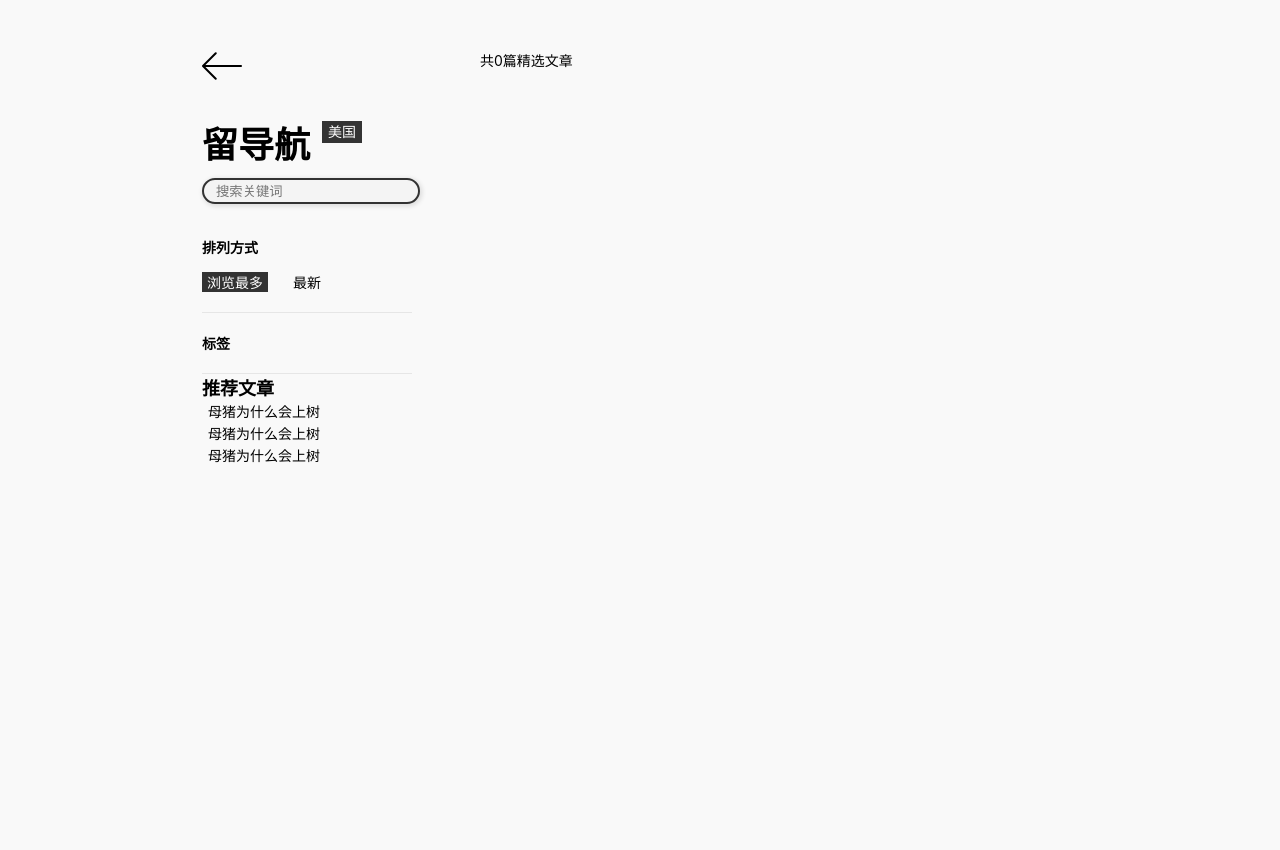
Repository: Apiyaaaa/guidefront
Page: /search
The author's editor kept a copy of each file at every save. The page is drawn from the files as they stood at one save, then again after a run of saves.
The browser window is 1280 px wide. The pictures show the whole page.
The page's requests for data from a server got no answer. The project was rebuilt for these pictures with package versions that can differ from the ones it lists, and the page was loaded fresh each time. No one was signed in, and anything a server would have sent is missing. Also part of the build but not shown: src/pages/Home/Home.module.css, src/pages/Home/Home.js, src/components/ArticleCard/ArticleCard.module.css, src/components/ArticleCard/ArticleCard.jsx, src/pages/Article/Article.module.css, src/pages/Article/Article.js.

Above is the page before, as saved 2022-10-02 16:21:02.

### public/index.html
<!DOCTYPE html>
<html lang="en">
  <head>
    <meta charset="utf-8" />
    <link rel="icon" href="%PUBLIC_URL%/favicon.ico" />
    <meta name="viewport" content="width=device-width, initial-scale=1" />
    <meta name="theme-color" content="#000000" />
    <meta
      name="description"
      content="Web site created using create-react-app"
    />
    <!-- <link rel="apple-touch-icon" href="%PUBLIC_URL%/logo192.png" /> -->
    <!--
      manifest.json provides metadata used when your web app is installed on a
      user's mobile device or desktop. See https://developers.google.com/web/fundamentals/web-app-manifest/
    -->
    <!-- <link rel="manifest" href="%PUBLIC_URL%/manifest.json" /> -->

    <title>留导航</title>
  </head>
  <body>
    <noscript>You need to enable JavaScript to run this app.</noscript>
    <div id="root">
    </div>
  </body>
</html>

### src/App.js
import React from "react";
import { Routes, Route } from "react-router-dom";

import "./App.css";
import Home from "./pages/Home/Home";
import Search from './pages/Search/Search'
import Article from "./pages/Article/Article";


function App() {
  return (
    <div className="App">
        <Routes>
          <Route path="/" element={<Home />}></Route>
          <Route path="/search" element={<Search/>}></Route>
          <Route path="/article/:article_id" element={<Article/>}></Route>
        </Routes>
    </div>
  );
}

export default App;

### src/App.css


body {
  margin: 0;
  font-family: -apple-system, BlinkMacSystemFont, "Segoe UI", "Roboto", "Oxygen",
    "Ubuntu", "Cantarell", "Fira Sans", "Droid Sans", "Helvetica Neue",
    sans-serif;
  -webkit-font-smoothing: antialiased;
  -moz-osx-font-smoothing: grayscale;
  background-color: #f9f9f9;

}

.mainContent {
  width: 960px;
  margin: 0 auto;
  max-height: 100%;
  position: relative;
}


code {
  font-family: source-code-pro, Menlo, Monaco, Consolas, "Courier New",
    monospace;
}

### src/pages/Search/Search.js
import { useEffect, useState } from "react";
import axios from "axios";
import { useSearchParams } from "react-router-dom";
import styles from "./Search.module.css";
import SearchPanel from "../../components/SearchPanel/SearchPanel";
import ArticleCard from "../../components/ArticleCard/ArticleCard";

function Search() {
  const [data, setData] = useState([]); //布局使用的文章数据
  const [origData, setOrigData] = useState([]); //未排序的数据
  const [totalResults, setTotalResults] = useState(0); //匹配文章数
  const [col1, setCol1] = useState([]); //布局第一列
  const [col2, setCol2] = useState([]); //布局第二列

  //接收search传参
  const [search, setSearch] = useSearchParams();
  let param;
  if (search.get("word")) {
    param = search.get("word");
  } else {
    param = "";
  }
  const recommends = [
    { article_id: 1, title: "母猪为什么会上树" },
    { article_id: 2, title: "母猪为什么会上树" },
    { article_id: 3, title: "母猪为什么会上树" },
  ];
  // 初始时，通过search传参加载页面
  const getArticle = (word) => {
    console.log("search params: ", word);

    axios({
      method: "GET",
      url: "api/api/search",
      params: {
        word: word,
      },
    }).then((res) => {
      console.log("res", res);
      if (res.data) {
        const resData = res.data.data;
        console.log("data: ", resData);

        if (resData.length === 0) {
          setData([
            {
              article_id: "0",
              title: `暂时没有相关内容 :(`,
              summary: "欢迎联系我们，提供反馈",
              tags: "暂无",
              update_time: "",
              country: "国家",
              views: "0",
            },
          ]);
        } else {
          const sortedJson = sortByViews(resData);
          setOrigData(sortedJson);
          setData(sortedJson);
        }
      } else {
        setData([
          {
            article_id: "0",
            title: "暂时没有相关搜索内容",
            summary: "联系我们",
            tags: [],
            update_time: Date.now(),
            country: "国家",
            views: "0",
          },
        ]);
      }
    });
  };

  //根据浏览量排序一个数组
  const sortByViews = (arr) => {
    const newArr = arr
      .slice()
      .sort((a, b) => (a.views * 1 < b.views * 1 ? 1 : -1));
    return newArr;
  };

  //加载组件时搜索url带来的关键字
  useEffect(() => {
    getArticle(param);
  }, []);

  //data更新时刷新总匹配数
  useEffect(() => {
    setTotalResults(data.length);
  }, [data]);

  //data更新时更新col1，col2排版
  useEffect(() => {
    const arr = splitArray(data);
    setCol1(arr[0]);
    setCol2(arr[1]);
  }, [data]);

  // 奇偶分离array，用作卡片排版
  const splitArray = (arr) => {
    const oddOnes = [],
      evenOnes = [];
    for (let i = 0; i < arr.length; i++)
      (i % 2 === 0 ? evenOnes : oddOnes).push(arr[i]);
    return [evenOnes, oddOnes];
  };

  return (
    <div className="mainContent">
      <div className={styles.main}>
        {/* 左侧功能栏 */}
        <SearchPanel
          data={data}
          setData={setData}
          origData={origData}
          getArticle={getArticle}
          setOrigData={setOrigData}
          recommends={recommends}
        />

        {/* 右侧文章卡片区域 */}
        <div className={styles.displayPanel}>
          <div className={styles.totalResults}>共{totalResults}篇精选文章</div>
          <div className={styles.cardContainer}>
            {/* 使用props传参给文章卡片组件，col1col2排版 */}
            <div key={col1} className={styles.col1}>
              {col1.map((item) => {
                return <ArticleCard key={item.article_id} item={item} />;
              })}
            </div>

            <div className={styles.col2}>
              {col2.map((item) => {
                return <ArticleCard key={item.article_id} item={item} />;
              })}
            </div>
          </div>
        </div>
      </div>
    </div>
  );
}

export default Search;

### src/pages/Search/Search.module.css
.mainContent {
  width: 960px;
  margin: 0 auto;
  background-color: #f9f9f9;
}

.main {
  display: flex;
  flex-direction: row;
  margin-top: 46px;
  background-color: #f9f9f9;

}

/* 右侧卡片区域 */
.displayPanel {
  position:relative;
  margin-left: 320px;
  margin-top: 4px;
  width: 630px;
  max-height: calc(100vh - 46px);
  min-height:800px;

}
.totalResults {
  font-size: 14px;
  margin-bottom: 20px;
}
.cardContainer {
  display: flex;
  flex-direction: row;
  align-items:flex-start;
}

.col2{
  margin-top: 30px;


}







.ad{
  margin-top: 33px;
}

### src/components/SearchPanel/SearchPanel.jsx
import { useEffect, useState } from 'react'
import { useSearchParams, useNavigate } from "react-router-dom";
import { nanoid } from 'nanoid';
import styles from './SearchPanel.module.css'
import axios from 'axios';
import RecommendCard from '../RecommendCard/RecommendCard';



export default function SearchPanel(props) {
    const { data, setData, origData, getArticle, recommends } = props; //布局使用的文章数据，未排序的数据
    const navigate = useNavigate();

    const [area, setArea] = useState("美国");//未来需要接收area参数
    const [selectedTags, setSelectedTags] = useState([]);//被选择的标签们
    const [mostViewsClicked, setMostviewsClicked] = useState(true); //浏览最多排序状态
    const [newestClicked, setNewestClicked] = useState(false); //最新排序状态
    const [tags, setTags] = useState([]); //最新排序状态




    //搜索框
    //左侧搜索框查找（无按钮）
    const [search, setSearch] = useSearchParams();
    const searchChanged = () => {
        const word = document.getElementById("search").value;
        //更改search参数，同步搜索框url
        setTimeout(() => { setSearch(`word=${word}`); getArticle(word) }, 1000);
    };


    //排序
    //根据浏览量排序一个数组
    const sortByViews = (arr) => {
        const newArr = arr.slice().sort((a, b) => (a.views * 1 < b.views * 1 ? 1 : -1));
        return newArr;

    }
    //“浏览最多”点击事件
    const mostViews = () => {
        if (!mostViewsClicked) {
            const newData = sortByViews(data);
            setData(newData);
            console.log("以浏览量排列", newData);
            setMostviewsClicked(true);
            setNewestClicked(false);
        }

    }
    //根据时间排序一个数组
    const sortByNewest = (arr) => {
        const newArr = arr.slice().sort((a, b) => a.update_time < b.update_time ? 1 : -1);
        return newArr;
    }
    //“最新”点击事件
    const newest = () => {
        if (!newestClicked) {
            const newData = sortByNewest(data);
            setData(newData);
            console.log("以最新排列", newData);
            setNewestClicked(true);
            setMostviewsClicked(false);
        }
    };



    //筛选
    //标签筛选事件,设置已筛选标签
    const sortByTag = (tag) => {

        //判断tag是否已被选择，并更新State数列（已选择标签）
        if (selectedTags.includes(tag)) {
            const newSelectedTags = [...selectedTags.filter((t) => t !== tag)];
            setSelectedTags(newSelectedTags);
            console.log(`减去标签：${tag},当前标签：${newSelectedTags}`);

        } else {
            const newSelectedTags = [tag, ...selectedTags];
            setSelectedTags(newSelectedTags);
            console.log(`增加标签：${tag},当前标签：${newSelectedTags}`);

        }
    };
    //辅助函数-判断t标签是否已被选择
    const inSelectedTags = (t) => { return selectedTags.includes(t) };

    //筛选事件执行函数-监听selectedTags
    const filterDataByTags = () => {

        //无筛选条件时，根据排序方式还原展示data为原始数据
        if (selectedTags.length === 0) {
            if (mostViewsClicked) {
                setData(origData);
            } else {
                setData(sortByNewest(origData));
            }

        }
        else {
            //根据标签筛选展示data中的文章
            let result = origData.filter((article) => {
                const tagArr = article.tags.split('/');
                let matchCount = 0;

                for (let i = 0; i < tagArr.length; i++) {
                    if (inSelectedTags(tagArr[i])) {
                        matchCount+=1;
                    }
                }
                return matchCount === selectedTags.length;
            });

            //更新时，保证排列方式不变
            if (newestClicked) {
                result = sortByNewest(result);
            }
            const newData = [...result];
            setData(newData);

        }

    }

    //筛选更新时，重新筛选
    useEffect(() => {
        filterDataByTags();
    }, [selectedTags])

    useEffect(() => {
        //获取标签
        axios.get('api/api/get_tags').then(
            (res) => {
                //console.log('TAGS',res)
                if (res.data) {
                    let tags = res.data.data;
                    tags = tags.sort((a,b)=>a.tag_name.length - b.tag_name.length)
                    setTags(tags);
                }
            }
        )

    }, [])


    return (
        <div className={styles.searchPanel}>
            {/* 左侧功能栏 */}

            <div className={styles.backIcon} onClick={() => navigate(-1)}></div>
            <div className={styles.header}>
                <div className={styles.resulTitle} onClick={() => navigate("/")}>留导航</div>
                <div className={styles.country}>{area}</div>
            </div>

            {/* 搜索框 */}
            <div>
                <input
                    className={styles.inputWindow}
                    id="search"
                    placeholder="搜索关键词"
                    onChange={() => searchChanged()}
                ></input>
            </div>

            {/* 排列方式 */}
            <div>
                <div className={styles.leftTitle}>排列方式</div>
                <div className={styles.sortMethod}>
                    <button
                        className={`${mostViewsClicked ? styles.active : ''} ${styles.tag}`}
                        onClick={() => mostViews()}>浏览最多</button>
                    <button
                        className={`${newestClicked ? styles.active : ''} ${styles.tag}`}
                        onClick={() => newest()}>最新</button>
                </div>
            </div>

            {/* 标签筛选 */}
            <div>
                <div className={styles.leftTitle}>标签</div>
                <div className={styles.tags}>
                    {tags.map((item) => (
                        <button key={nanoid()}
                            className={`${selectedTags.includes(item.tag_name) ? styles.active : ""} ${styles.tag}`}
                            onClick={() => sortByTag(item.tag_name)}
                        >
                            {item.tag_name}
                        </button>
                    ))}
                </div>
            </div>
            {/*Todo差个广告component*/}
            <div className={styles.ad}><RecommendCard recommends={recommends}></RecommendCard></div>
        </div>
    )
}

### src/components/SearchPanel/SearchPanel.module.css
.searchPanel {
    position:fixed;
    margin-left: 42px;
    width: 210px;
  }

  .backIcon{
    display: block;
    width: 210px;
    height: 40px;
    margin-bottom: 30px;
    background: url(../../images/back_icon.svg) no-repeat ;
    background-position: top 0vw left 0vw;
    background-size: 40px;
    cursor: pointer;
  }
  .header {
    display: flex;
    flex-direction: row;
  }
  .resulTitle {
    font-size: 36px;
    font-weight: bold;
    cursor: pointer;
  }
  .country {
    box-sizing: border-box;
    width: 40px;
    height: 22px;
    margin-left: 12px;
    margin-top: 5px;
    background-color: #343434;
    font-size: 14px;
    text-align: center;
    line-height: 22px;
    color: #ffffff;
  }
  .inputWindow {
    width: 210px;
    height: 20px;
    margin-top: 10px;
    margin-bottom: 13px;
    border-radius: 20px;
    background-color: #f4f4f4;
    border: 2px solid #333333;
    box-shadow: 1.33333px 1.33333px 4px 1.33333px rgba(0, 0, 0, 0.1);
    text-indent: 10px;
  }
  .inputWindow:focus{
    outline: none;
    border: 2px dashed #333333;
    transition: 0.6s;
  }
  .inputWindow:focus::placeholder {
    color: transparent;
    transition: all 0.8s;
  }

  /* 功能栏 */
  .leftTitle {
    font-size: 14px;
    font-weight: bold;
    margin-top: 20px;
  }
  .sortMethod {
    padding-bottom: 20px;
    border-bottom: 1px solid #e6e6e6;

  }
  .tags {
    padding-bottom: 20px;
    border-bottom: 1px solid #e6e6e6;
  }

  .tag {
    border: 0;
    background-color: transparent;
    outline: none;
    font-size: 14px;
    padding: 0 5px;
    margin-right: 20px;
    margin-top: 15px;
    margin-left: 0;
  }
  .tag:hover {
    background-color: #343434;
    color: #ffffff;
    cursor: pointer;
    transition: all 0.6s;
  }
  .active {
    background-color: #333333;
    color: #ffffff;
  }

### src/components/RecommendCard/RecommendCard.jsx
import { ListItemSecondaryAction } from "@mui/material";
import { useEffect, useState } from "react";
import styles from './RecommendCard.module.css'
import { useNavigate } from "react-router-dom";
export default function RecommendCard(props) {
  const { recommends } = props;
  const navigate = useNavigate();
  const toArticle = (article_id) => {
    navigate(`/article/${article_id}`);
    console.log("跳转到文章页-id: ", article_id);
  };
  console.log(recommends)
  return (
    <div className={styles.recommendCard}>
      推荐文章
      <div className={styles.recommendItems}>
        {recommends.map((item) => (
          <button className={styles.recommendItem} onClick={() => toArticle(item.article_id)}>{item.title}</button>
        ))}
      </div>
    </div>
  );
}

### src/components/RecommendCard/RecommendCard.module.css
.recommendCard {
  font-size: 18px;
  font-weight: bold;
}
.recommendItems {
}
.recommendItem {
  font-size: 14px;
  overflow: hidden;
  text-overflow: ellipsis;
  white-space: nowrap;
}
button {
  margin: none;
  padding: none;
  border: none;
  outline: none;
  background-color: #f9f9f9;
}

Loaded but not shown: src/index.js (common file)

After the next 4 saves:
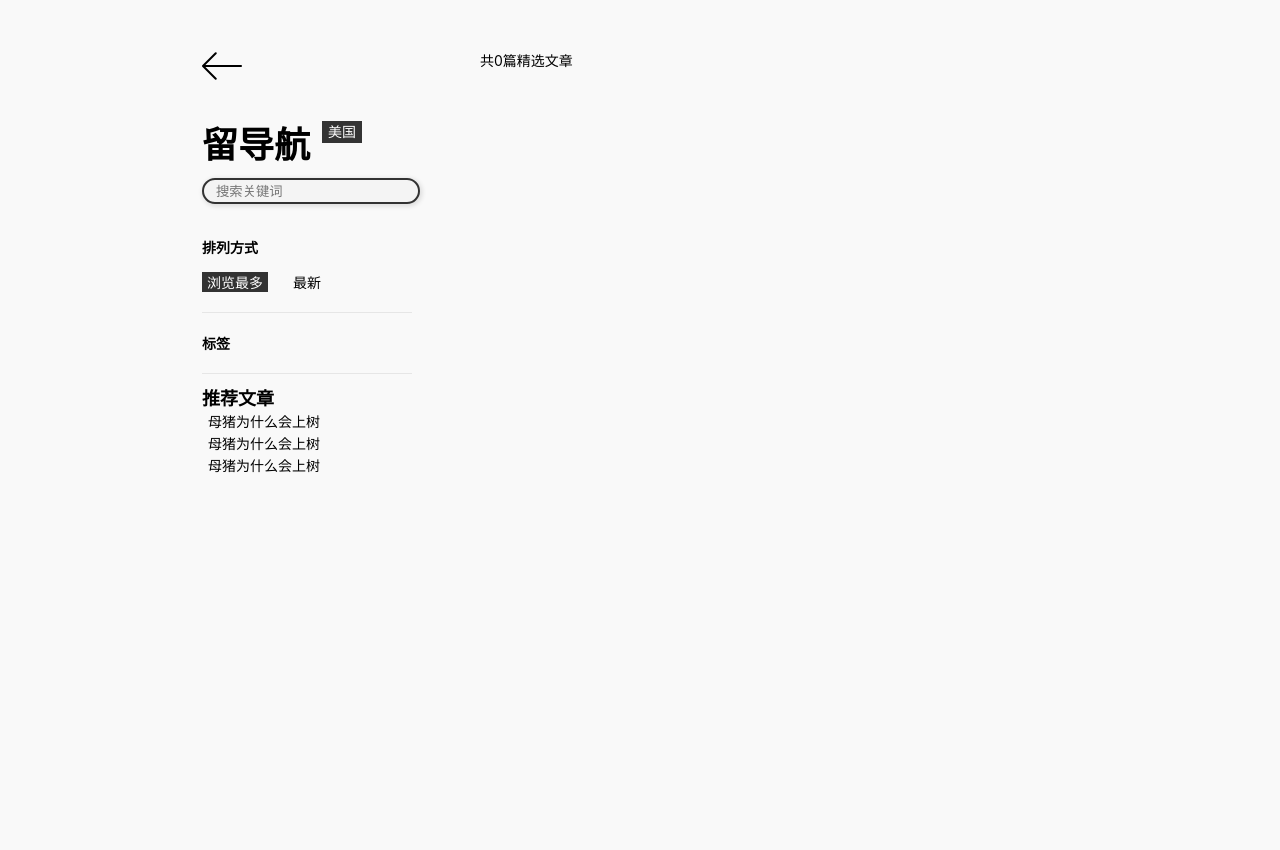
The 4 saves are shown as one change because they came seconds apart.
The last was saved 32 s later.
--- a/src/components/SearchPanel/SearchPanel.module.css
+++ b/src/components/SearchPanel/SearchPanel.module.css
@@ -92,3 +92,6 @@
     background-color: #333333;
     color: #ffffff;
   }
+  .ad{
+    margin-top: 10px;
+  }
